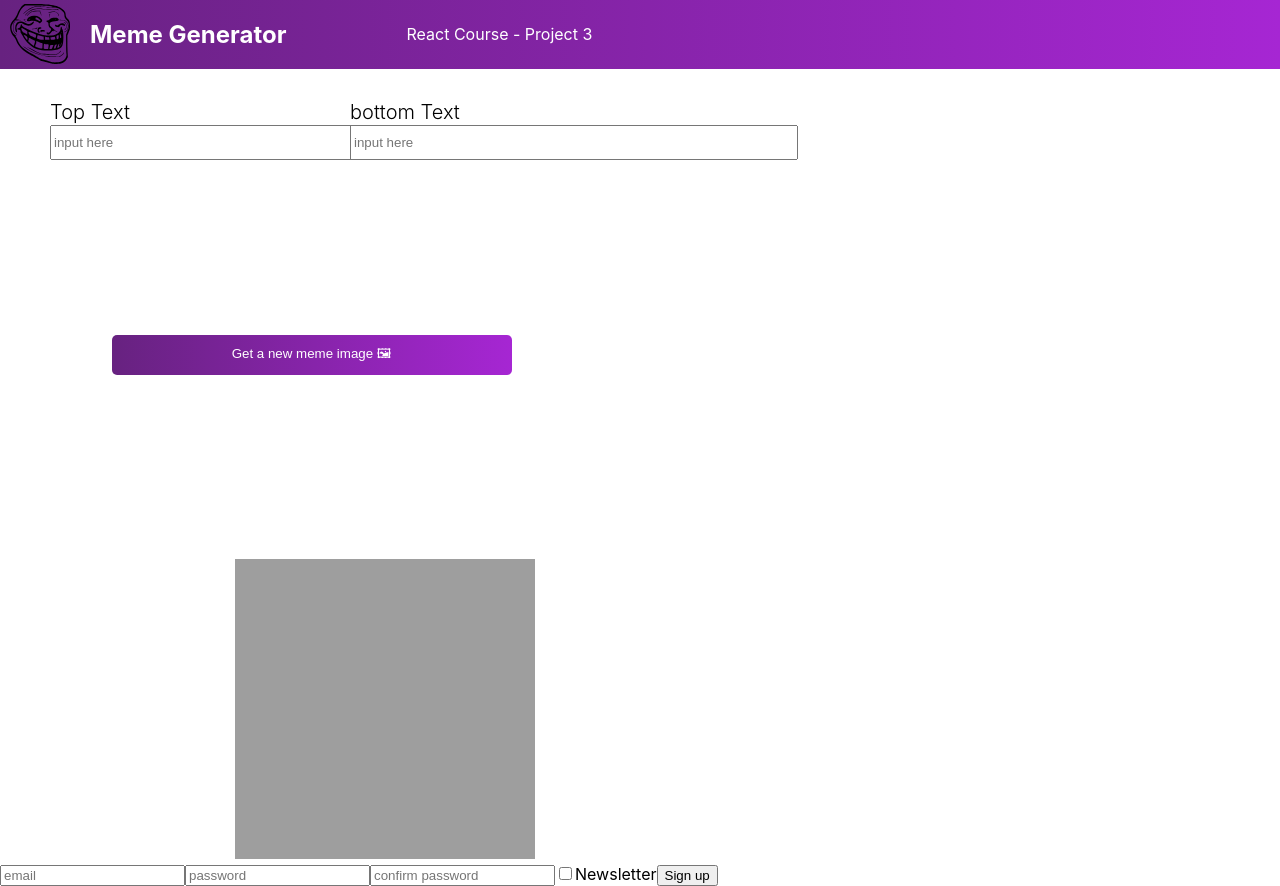
Repository: mortiestmorty1/meme-generator-react
Page: /
An editor plug-in stored every save of this project. The page is shown before and after the next save, followed by the edit.
The browser window is 1280 px wide. The pictures show the whole page.
Pictures or frames that could not be fetched are drawn as grey boxes. The project was rebuilt for these pictures with package versions that can differ from the ones it lists, and the page was loaded fresh each time. Also part of the build but not shown: src/components/box.js.

Above is the page before, as saved 2024-01-20 22:14:56.

### src/index.js
import React from 'react';
import ReactDOM from 'react-dom/client';
import './index.css';
import App from './App';
import reportWebVitals from './reportWebVitals';

const root = ReactDOM.createRoot(document.getElementById('root'));
root.render(
  <React.StrictMode>
    <App darkMode={false}/>
  </React.StrictMode>
);

// If you want to start measuring performance in your app, pass a function
// to log results (for example: reportWebVitals(console.log))
// or send to an analytics endpoint. Learn more: https://bit.ly/CRA-vitals
reportWebVitals();

### src/index.css
body {
  margin: 0;
  font-family: -apple-system, BlinkMacSystemFont, 'Segoe UI', 'Roboto', 'Oxygen',
    'Ubuntu', 'Cantarell', 'Fira Sans', 'Droid Sans', 'Helvetica Neue',
    sans-serif;
  -webkit-font-smoothing: antialiased;
  -moz-osx-font-smoothing: grayscale;
}

code {
  font-family: source-code-pro, Menlo, Monaco, Consolas, 'Courier New',
    monospace;
}
* {
  box-sizing: border-box;
  }

### src/App.js

import './App.css';
import React from "react";
import Navbar from "./components/Navbar";
import Inputs from "./components/inputs";
import { useState } from 'react';
import boxes from "./components/boxes";
import Box from "./components/box";

function App(props) {
 const [name , setname] = useState({
 email:"",
  password:"",
  confirm:"",
  newsletter:false
  })

function handleChange(event) {
  const {name , value , type , checked} = event.target
  setname(prevname => ({
    ...prevname,
    [name]: type === "checkbox" ? checked : value
  }));
}
function handleSubmit(event) {
  event.preventDefault()
  if(name.password !== name.confirm)
  return alert("passwords must match")
else{
  console.log("success")
  if(name.newsletter === true)
  return alert("you have subscribed to our newsletter")
}
}

  return (
    <div className="App">
      <Navbar />
      <Inputs />
     <form onSubmit={handleSubmit}>
      <input
       type="email"
       placeholder="email"
       onChange={handleChange}
        name="email"
        value={name.email}
      ></input>
      <input
      type="password"
      placeholder="password"
      onChange={handleChange}
       name="password"
       value={name.password}></input>
      <input
      type="password"
      placeholder="confirm password"
      onChange={handleChange}
       name="confirm"
       value={name.confirm}></input>
      <input
       type="checkbox"
       id='newsletter'
       checked={name.newsletter}
       onChange={handleChange}
       name="newsletter">
       </input>
       <label htmlFor='newsletter'>Newsletter</label>
      <button>Sign up</button>
     </form>
    </div>
  );
}

export default App;

### src/App.css
.nav-container {
  display: flex;
  justify-content: space-between;
  align-items: center;
  background: linear-gradient(to right, #672280,#A626D3);
  }
  .image{
    width: 60px;
    height: 60px;
    margin-left: 10px;
  }
  .navbar{
    display: flex;
    justify-content: space-around;
    align-items: center;
    margin-right: 10px;
    color: white;
  }
  .navbar h1{
    margin-right: 20px;
    margin-left: 20px;
  }
  .info{
    margin-left: 100px;
  }
  .inputs-container{
    margin-left: 50px;
    margin-top: 20px;
    font-size: 20px;
    font-weight: 300;
  }
  .top{
    position: absolute;
    top: 100px;
  }
  .bottom{
    position: absolute;
    margin-left: 300px;
    top: 100px;
  }
  .topinput{
    position: absolute;
    top: 125px;
    height: 35px;
    width: 35%;
  }
  .bottominput{
    position: absolute;
    top: 125px;
    margin-left: 300px;
    height: 35px;
    width: 35%;
  }
  .generate{
    margin-left: 5%;
    margin-top: 20%;
    background: linear-gradient(to right, #672280,#A626D3);
    color: white;
    border: none;
    border-radius: 5px;
    width: 400px;
    height: 40px;
  }
  .memeimage{
    margin-left: 15%;
    margin-top: 15%;
    width: 300px;
    height: 300px;
  }
  .box{
    width: 100px;
    height: 100px;
    border: 1px solid black;
    display: inline-block;
    margin-right: 10px;
  }

### src/components/Navbar.js
import React from "react";
import Troll from "./Troll-Face.svg";
import "../App.css";
function Navbar(){
    return(
        <div className="nav-container">
            <nav className="navbar">
                <img src={Troll} className="image" alt="Troll Face" />
                <h1>Meme Generator</h1>
                <section className="info">
                    <p>React Course - Project 3</p>
                </section>
            </nav>
        </div>
    )
}

export default Navbar;

### src/components/inputs.js
import React from "react";
import "../App.css";
import Meme from "./meme.js";
import { useState } from "react";
function Inputs(){
    const [Allmemeimage , setAllmemeimage] = useState(Meme)
    const [newmeme , setNewmeme] = useState({
        topText:"",
        bottomText:"",
        memeimage:"https://png.pngtree.com/png-vector/20231222/ourlarge/pngtree-do-not-press-this-button-sign-vector-png-image_11376553.png"
    })
    function handleClick () {

        const memearray = Allmemeimage
        const random = Math.floor(Math.random() * memearray.length)
        const url = memearray[random].url
        setNewmeme(prevmeme =>({
            ...prevmeme,
            memeimage:url
        }))
    }
    return(
        <div className="inputs-container">
            <div className="inputs">
                <label className="top">Top Text</label>
                <input
                className="topinput"
                type="text"
                placeholder="input here"
                onChange={handleClick}
                 name="topText"
                 value={newmeme.topText} />
                <label className="bottom">bottom Text</label>
                <input
                className="bottominput"
                type="text"
                placeholder="input here"
                onChange={handleClick}
                name="bottomText"
                value={newmeme.bottomText}  />
                <button className="generate" onClick={handleClick}>Get a new meme image  🖼</button>
            </div>
            < img src={newmeme.memeimage} className="memeimage" alt="meme" />
        </div>
    )
}

export default Inputs;

### src/components/boxes.js
export default [
    {
        id:1,
        on : false
    }
    ,
    {
        id:2,
        on : true
    }
    ,
    {
        id:3,
        on : false
    }
    ,
    {
        id:4,
        on : true
    }
    ,
    {
        id:5,
        on : false
    }
    ,
    {
        id:6,
        on : true
    }
    ,
    {
        id:7,
        on : false
    }
    ,
    {
        id:8,
        on : true
    }
    ,
    {
        id:9,
        on : false
    }
    ,
    {
        id:10,
        on : true
    }
]

### src/components/meme.js

export default [
    {
        id: 1,
        name: "Drake",
        url: "https://i.imgflip.com/30b1gx.jpg",
        width: 1200,
        height: 1200
    },
    {
        id: 2,
        name: "Distracted Boyfriend",
        url: "https://i.imgflip.com/1ur9b0.jpg",
        width: 1200,
        height: 800
    },
    {
        id: 3,
        name: "Two Buttons",
        url: "https://i.imgflip.com/1g8my4.jpg",
        width: 600,
        height: 908
    },
    {
        id: 4,
        name: "Mocking Spongebob",
        url: "https://i.imgflip.com/1otk96.jpg",
        width: 502,
        height: 353
    },
    {
        id: 5,
        name: "Expanding Brain",
        url: "https://i.imgflip.com/1jwhww.jpg",
        width: 857,
        height: 1202
    },
    {
        id: 6,
        name: "Roll Safe Think About It",
        url: "https://i.imgflip.com/1h7in3.jpg",
        width: 600,
        height: 600
    },
    {
        id: 7,
        name: "Change My Mind",
        url: "https://i.imgflip.com/24y43o.jpg",
        width: 482,
        height: 361
    },
    {
        id: 8,
        name: "Is This A Pigeon",
        url: "https://i.imgflip.com/1o00in.jpg",
        width: 857,
        height: 1202
    },
    {
        id: 9,
        name: "Batman Slapping Robin",
        url: "https://i.imgflip.com/9ehk.jpg",
        width: 400,
        height: 387
    },
   {
        id: 10,
        name: "One Does Not Simply",
        url: "https://i.imgflip.com/1bij.jpg",
        width: 568,
        height: 335
    },
    {
        id: 11,
        name: "Philosoraptor",
        url: "https://i.imgflip.com/1bgs.jpg",
        width: 400,
        height: 400
    },
    {
        id: 12,
        name: "Waiting Skeleton",
        url: "https://i.imgflip.com/2fm6x.jpg",
        width: 500,
        height: 500
    },
    {
        id: 13,
        name: "X, X Everywhere",
        url: "https://i.imgflip.com/1ihzfe.jpg",
        width: 500,
        height: 610
    },
    {
        id: 14,
        name: "Futurama Fry",
        url: "https://i.imgflip.com/1bgw.jpg",
        width: 553,
        height: 439
    },
    {
        id: 15,
        name: "Ancient Aliens",
        url: "https://i.imgflip.com/26am.jpg",
        width: 500,
        height: 437
    },
    {
        id: 16,
        name: "That Would Be Great",
        url: "https://i.imgflip.com/1bh8.jpg",
        width: 500,
        height: 500
    },
    {
        id: 17,
        name: "Unsettled Tom",
        url: "https://i.imgflip.com/2wifvo.jpg",
        "width": 500,
        "height": 654
    },
    {
        id : 18,
        name: "Boardroom Meeting Suggestion",
        url: "https://i.imgflip.com/m78d.jpg",
        width: 625,
        height: 415
    },
]

Loaded but not shown: public/index.html (common file); src/reportWebVitals.js (common file)

After the next save:
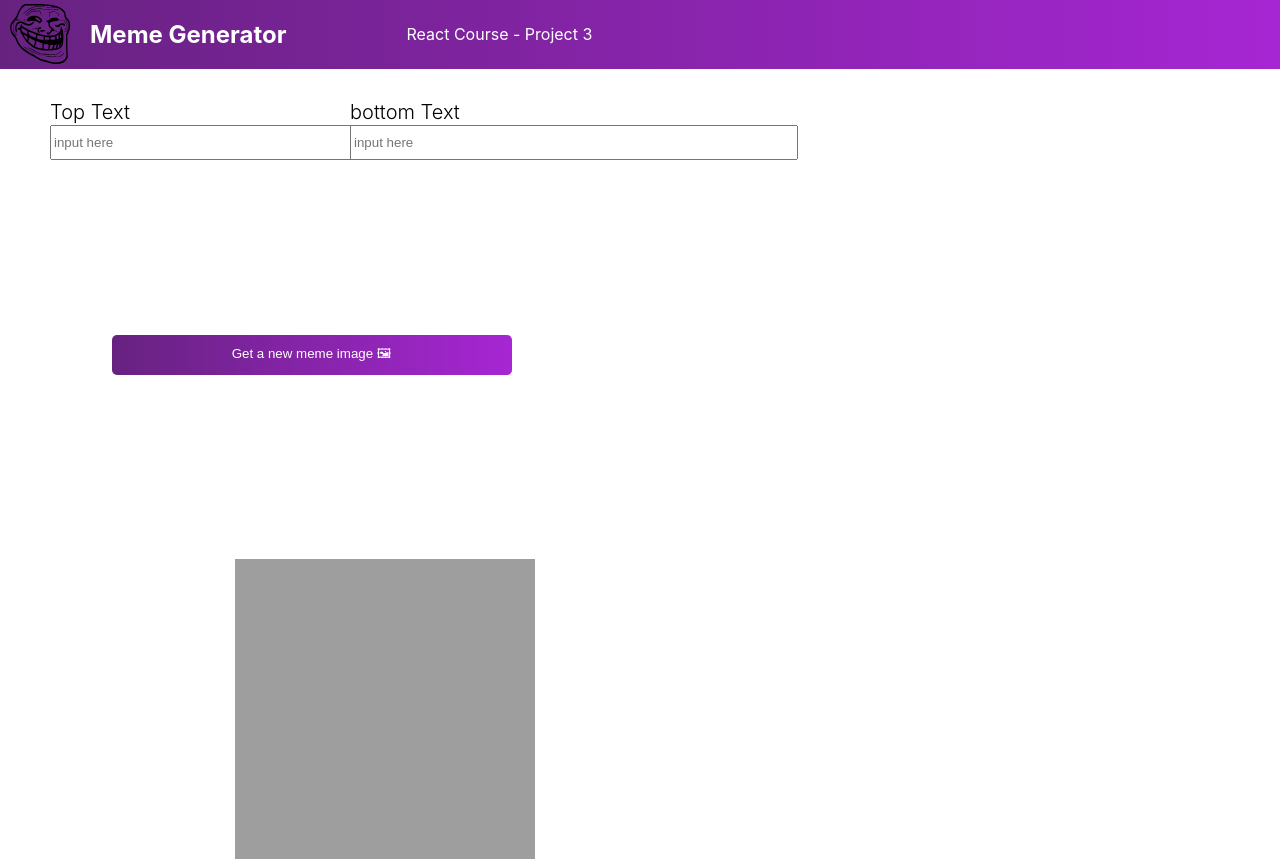
Saved 29 s later.
--- a/src/App.js
+++ b/src/App.js
@@ -37,36 +37,7 @@ else{
     <div className="App">
       <Navbar />
       <Inputs />
-     <form onSubmit={handleSubmit}>
-      <input
-       type="email"
-       placeholder="email"
-       onChange={handleChange}
-        name="email"
-        value={name.email}
-      ></input>
-      <input
-      type="password"
-      placeholder="password"
-      onChange={handleChange}
-       name="password"
-       value={name.password}></input>
-      <input
-      type="password"
-      placeholder="confirm password"
-      onChange={handleChange}
-       name="confirm"
-       value={name.confirm}></input>
-      <input
-       type="checkbox"
-       id='newsletter'
-       checked={name.newsletter}
-       onChange={handleChange}
-       name="newsletter">
-       </input>
-       <label htmlFor='newsletter'>Newsletter</label>
-      <button>Sign up</button>
-     </form>
+
     </div>
   );
 }
